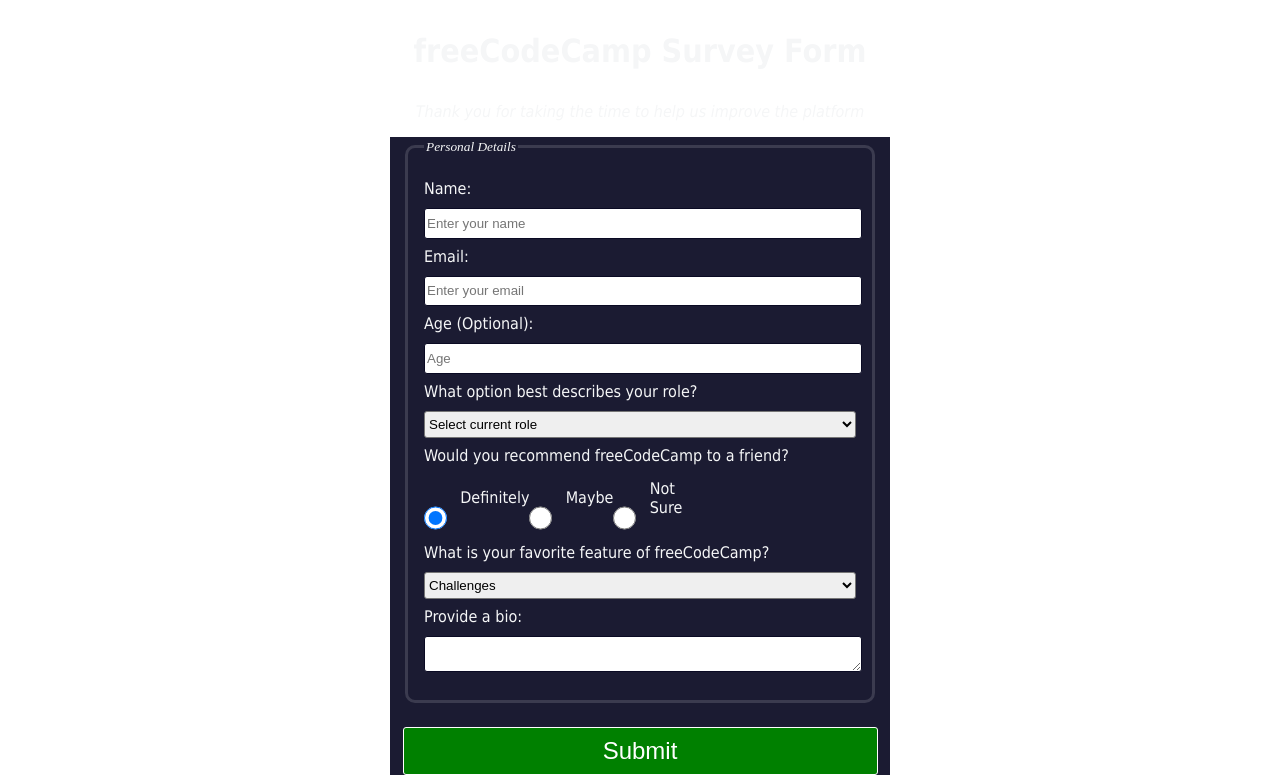
Repository: Lungdjos/survey_form_certification
Page: index.html
These files come from the project's save history. The page is drawn as it stood at one moment and after the next save; the edit follows.
The browser window is 1280 px wide. The pictures show the whole page.

Above is the page before, as saved 2023-09-30 23:18:11.

After the next save:
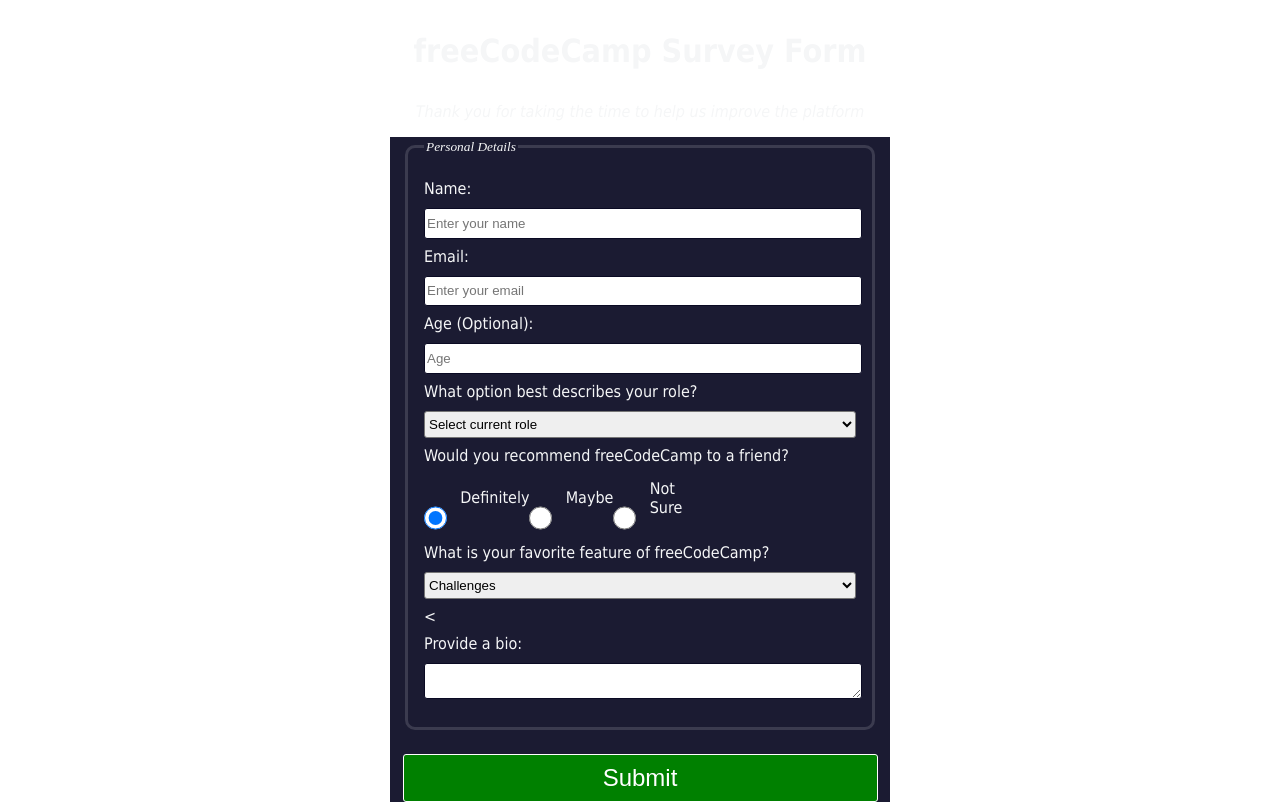
Saved 20 s later.
--- a/index.html
+++ b/index.html
@@ -46,12 +46,10 @@
                     <option value="4" name="other" >Open Source</option>
                 </select>
             </label>
-
-
-            <label for="bio">Provide a bio:
-                <textarea name="biography" id="bio" cols="50" rows="2" placeholder="I like coding on the beach..." >
+            < <label for="bio">Provide a bio:
+                <textarea name="biography" id="bio" cols="50" rows="2" placeholder="I like coding on the beach...">
                 </textarea>
-            </label>
+                </label>
         </fieldset>
         <input type="submit" value="Submit" name="submit" id="submit-btn">
     </form>

After the save that followed:
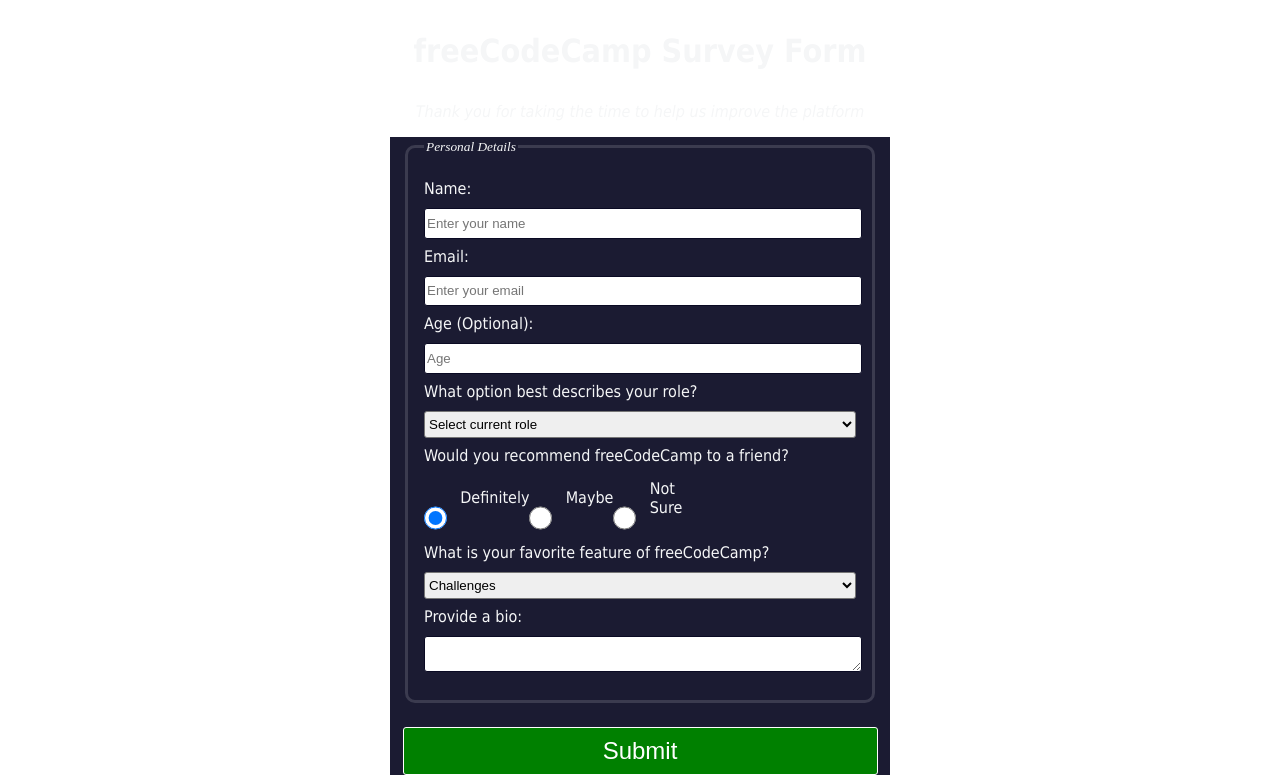
Saved 6 s later.
--- a/index.html
+++ b/index.html
@@ -46,10 +46,12 @@
                     <option value="4" name="other" >Open Source</option>
                 </select>
             </label>
-            < <label for="bio">Provide a bio:
-                <textarea name="biography" id="bio" cols="50" rows="2" placeholder="I like coding on the beach...">
+
+
+            <label for="bio">Provide a bio:
+                <textarea name="biography" id="bio" cols="50" rows="2" placeholder="I like coding on the beach..." >
                 </textarea>
-                </label>
+            </label>
         </fieldset>
         <input type="submit" value="Submit" name="submit" id="submit-btn">
     </form>
